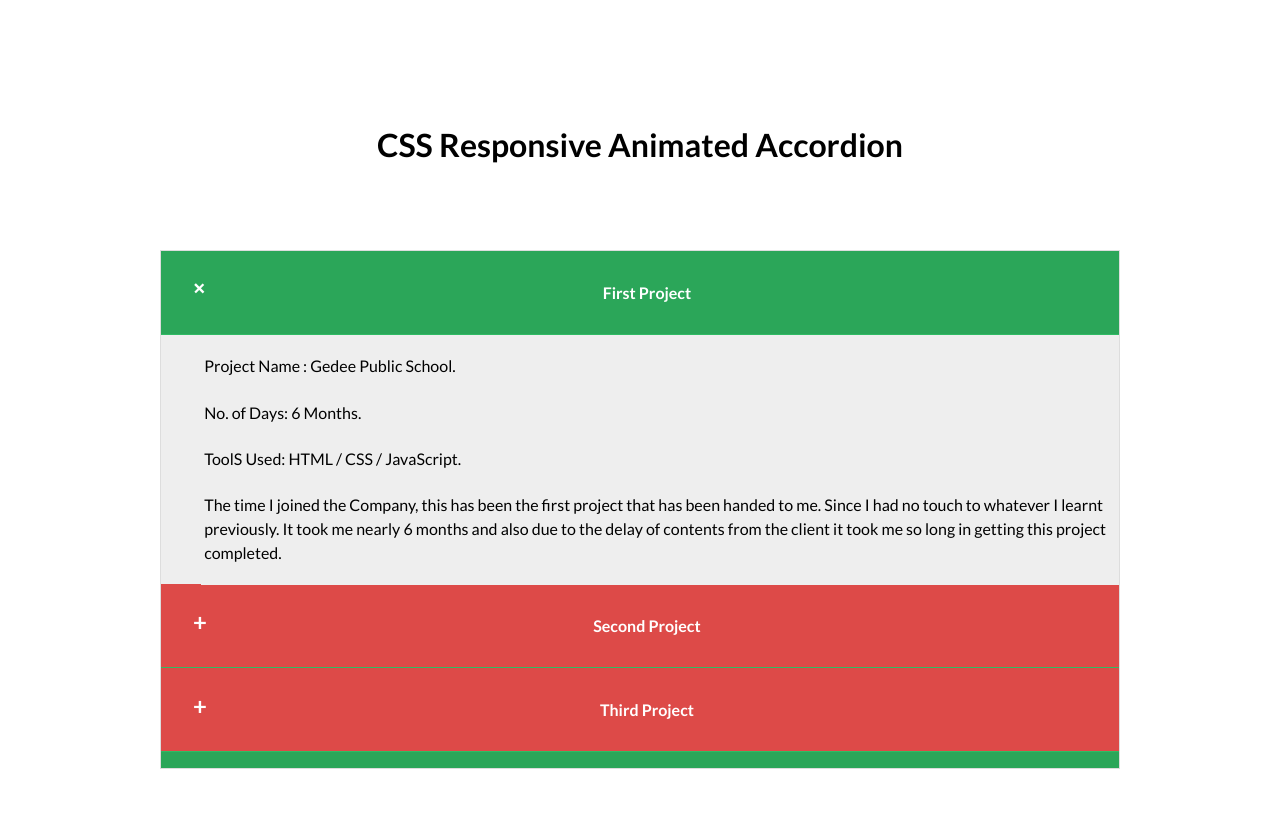
Repository: Imprasna/personalperform
Page: index.html
These files come from the project's save history. The page is drawn as it stood at one moment and after the next save; the edit follows.
The browser window is 1280 px wide. The pictures show the whole page.
After loading, the first visible `a.accordion-title` was clicked once.
The style sheet was rebuilt from its Sass, Less or Tailwind sources for each picture, by a compiler version that may differ from the author's.

Above is the page before, as saved 2021-12-30 22:25:35.

### index.html
<!DOCTYPE html>
<html lang="en">

<head>
    <meta charset="UTF-8">
    <meta http-equiv="X-UA-Compatible" content="IE=edge">
    <meta name="viewport" content="width=device-width, initial-scale=1.0">
    <link rel="stylesheet" href="css/accordion.css">
    <title>Prasanna's Performance Tests</title>
</head>

<body>
    <div class="container">
        <h1 class="heading-primary">CSS Responsive Animated Accordion</h1>
        <div class="accordion">
            <dl>
                <dt>
                    <a href="#accordion1" aria-expanded="false" aria-controls="accordion1"
                        class="accordion-title accordionTitle js-accordionTrigger">First Project</a>
                </dt>
                <dd class="accordion-content accordionItem is-collapsed" id="accordion1" aria-hidden="true">
                    <p>Project Name : Gedee Public School.</p>
                    <p>No. of Days: 6 Months.</p>
                    <p>ToolS Used: HTML / CSS / JavaScript.</p>
                    <p>The time I joined the Company, this has been the first project that has been handed to me. Since I had no touch to whatever I learnt previously. It took me nearly 6 months and also due to the delay of contents from the client it took me so long in getting this project completed.
                    </p>
                </dd>
                <dt>
                    <a href="#accordion2" aria-expanded="false" aria-controls="accordion2"
                        class="accordion-title accordionTitle js-accordionTrigger">
                        Second Project</a>
                </dt>
                <dd class="accordion-content accordionItem is-collapsed" id="accordion2" aria-hidden="true">
                    <p>Lorem ipsum dolor sit amet, consectetur adipiscing elit. Morbi eu interdum diam. Donec interdum
                        porttitor risus non bibendum. Maecenas sollicitudin eros in quam imperdiet placerat. Cras justo
                        purus, rhoncus nec lobortis ut, iaculis vel ipsum. Donec dignissim arcu nec elit faucibus
                        condimentum. Donec facilisis consectetur enim sit amet varius. Pellentesque justo dui, sodales
                        quis luctus a, iaculis eget mauris. </p>
                    <p>Aliquam dapibus, ante quis fringilla feugiat, mauris risus condimentum massa, at elementum libero
                        quam ac ligula. Pellentesque at rhoncus dolor. Duis porttitor nibh ut lobortis aliquam. Nullam
                        eu dolor venenatis mauris placerat tristique eget id dolor. Quisque blandit adipiscing erat
                        vitae dapibus. Nulla aliquam magna nec elementum tincidunt.</p>
                </dd>

                <dt>
                    <a href="#accordion3" aria-expanded="false" aria-controls="accordion3"
                        class="accordion-title accordionTitle js-accordionTrigger">
                        Third Project
                    </a>
                </dt>
                <dd class="accordion-content accordionItem is-collapsed" id="accordion3" aria-hidden="true">
                    <p>Lorem ipsum dolor sit amet, consectetur adipiscing elit. Morbi eu interdum diam. Donec interdum
                        porttitor risus non bibendum. Maecenas sollicitudin eros in quam imperdiet placerat. Cras justo
                        purus, rhoncus nec lobortis ut, iaculis vel ipsum. Donec dignissim arcu nec elit faucibus
                        condimentum. Donec facilisis consectetur enim sit amet varius. Pellentesque justo dui, sodales
                        quis luctus a, iaculis eget mauris. </p>
                    <p>Aliquam dapibus, ante quis fringilla feugiat, mauris risus condimentum massa, at elementum libero
                        quam ac ligula. Pellentesque at rhoncus dolor. Duis porttitor nibh ut lobortis aliquam. Nullam
                        eu dolor venenatis mauris placerat tristique eget id dolor. Quisque blandit adipiscing erat
                        vitae dapibus. Nulla aliquam magna nec elementum tincidunt.</p>
                </dd>
            </dl>
        </div>
    </div>

    <script src="app.js"></script>
</body>

</html>

### app.js
//uses classList, setAttribute, and querySelectorAll
//if you want this to work in IE8/9 youll need to polyfill these
(function(){
	var d = document,
	accordionToggles = d.querySelectorAll('.js-accordionTrigger'),
	setAria,
	setAccordionAria,
	switchAccordion,
  touchSupported = ('ontouchstart' in window),
  pointerSupported = ('pointerdown' in window);

  skipClickDelay = function(e){
    e.preventDefault();
    e.target.click();
  }

		setAriaAttr = function(el, ariaType, newProperty){
		el.setAttribute(ariaType, newProperty);
	};
	setAccordionAria = function(el1, el2, expanded){
		switch(expanded) {
      case "true":
      	setAriaAttr(el1, 'aria-expanded', 'true');
      	setAriaAttr(el2, 'aria-hidden', 'false');
      	break;
      case "false":
      	setAriaAttr(el1, 'aria-expanded', 'false');
      	setAriaAttr(el2, 'aria-hidden', 'true');
      	break;
      default:
				break;
		}
	};
//function
switchAccordion = function(e) {
  console.log("triggered");
	e.preventDefault();
	var thisAnswer = e.target.parentNode.nextElementSibling;
	var thisQuestion = e.target;
	if(thisAnswer.classList.contains('is-collapsed')) {
		setAccordionAria(thisQuestion, thisAnswer, 'true');
	} else {
		setAccordionAria(thisQuestion, thisAnswer, 'false');
	}
  	thisQuestion.classList.toggle('is-collapsed');
  	thisQuestion.classList.toggle('is-expanded');
		thisAnswer.classList.toggle('is-collapsed');
		thisAnswer.classList.toggle('is-expanded');

  	thisAnswer.classList.toggle('animateIn');
	};
	for (var i=0,len=accordionToggles.length; i<len; i++) {
		if(touchSupported) {
      accordionToggles[i].addEventListener('touchstart', skipClickDelay, false);
    }
    if(pointerSupported){
      accordionToggles[i].addEventListener('pointerdown', skipClickDelay, false);
    }
    accordionToggles[i].addEventListener('click', switchAccordion, false);
  }
})();

### accordion.scss

//updated ver
* {
    box-sizing:border-box;
  }
  @import url(https://fonts.googleapis.com/css?family=Lato:400,700);
  body {

    font-family:'Lato';
  }
  .heading-primary {
    font-size:2em;
    padding:2em;
    text-align:center;
  }
  .accordion dl,
  .accordion-list {
     border:1px solid #ddd;
     &:after {
         content: "";
         display:block;
         height:1em;
         width:100%;
         background-color:darken(#38cc70, 10%);
       }
  }
  .accordion dd,
  .accordion__panel {
     background-color:#eee;
     font-size:1em;
     line-height:1.5em;
  }
  .accordion p {
    padding: .2rem;
  }

  .accordion {
      position:relative;
      background-color:#eee;
  }
  .container {
    max-width:960px;
    margin:0 auto;
    padding:2em 0 2em 0;
  }
  .accordionTitle,
  .accordion__Heading {
   background-color:#DD4A48;
     text-align:center;
       font-weight:700;
            padding:2em;
            display:block;
            text-decoration:none;
            color:#fff;
            transition:background-color 0.5s ease-in-out;
    border-bottom:1px solid darken(#38cc70, 5%);
    &:before {
     content: "+";
     font-size:1.5em;
     line-height:0.5em;
     float:left;
     transition: transform 0.3s ease-in-out;
    }
    &:hover {
      background-color:darken(#38cc70, 10%);
    }
  }
  .accordionTitleActive,
  .accordionTitle.is-expanded {
     background-color:darken(#38cc70, 10%);
      &:before {

        transform:rotate(-225deg);
      }
  }
  .accordionItem {
      height:auto;
      overflow:hidden;
      //SHAME: magic number to allow the accordion to animate

       max-height:50em;
      transition:max-height 1s;


      @media screen and (min-width:48em) {
           max-height:20em;
          transition:max-height 0.5s

      }


  }

  .accordionItem.is-collapsed {
      max-height:0;
  }
  .no-js .accordionItem.is-collapsed {
    max-height: auto;
  }
  .animateIn {
       animation: accordionIn 0.45s normal ease-in-out both 1;
  }
  .animateOut {
       animation: accordionOut 0.45s alternate ease-in-out both 1;
  }
  @keyframes accordionIn {
    0% {
      opacity: 0;
      transform:scale(0.9) rotateX(-60deg);
      transform-origin: 50% 0;
    }
    100% {
      opacity:1;
      transform:scale(1);
    }
  }

  @keyframes accordionOut {
      0% {
         opacity: 1;
         transform:scale(1);
       }
       100% {
            opacity:0;
             transform:scale(0.9) rotateX(-60deg);
         }
  }

After the next save:
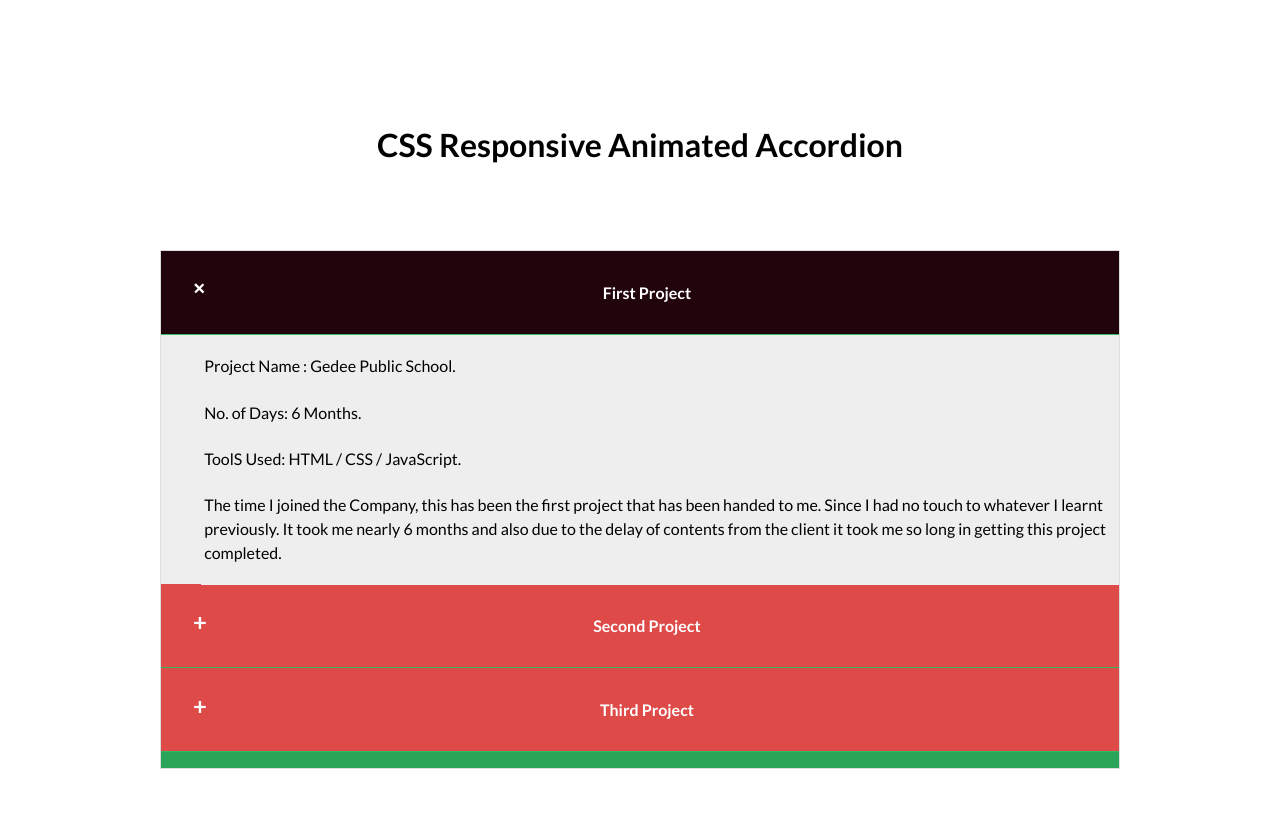
Saved 10 s later.
--- a/accordion.scss
+++ b/accordion.scss
@@ -67,7 +67,7 @@
   }
   .accordionTitleActive,
   .accordionTitle.is-expanded {
-     background-color:darken(#38cc70, 10%);
+     background-color:darken(#4F091D, 10%);
       &:before {
 
         transform:rotate(-225deg);
